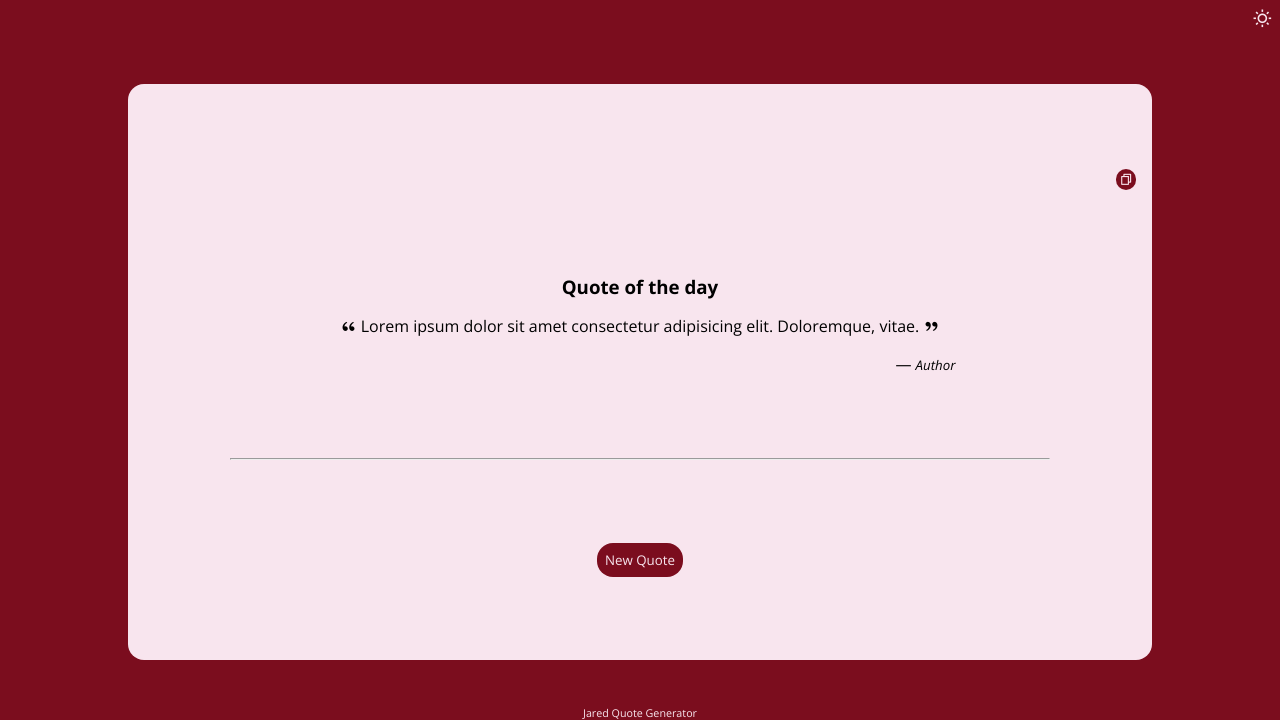
Repository: EguJaredoBoyd/Jared-Quote-Generator
Page: html/main.html
These files come from the project's save history. The page is drawn as it stood at one moment and after the next save; the edit follows.
The browser window is 1280 px wide. The pictures show the whole page.
Some web libraries are served in a nearby version.

Above is the page before, as saved 2026-01-12 00:44:14.

After the next save:
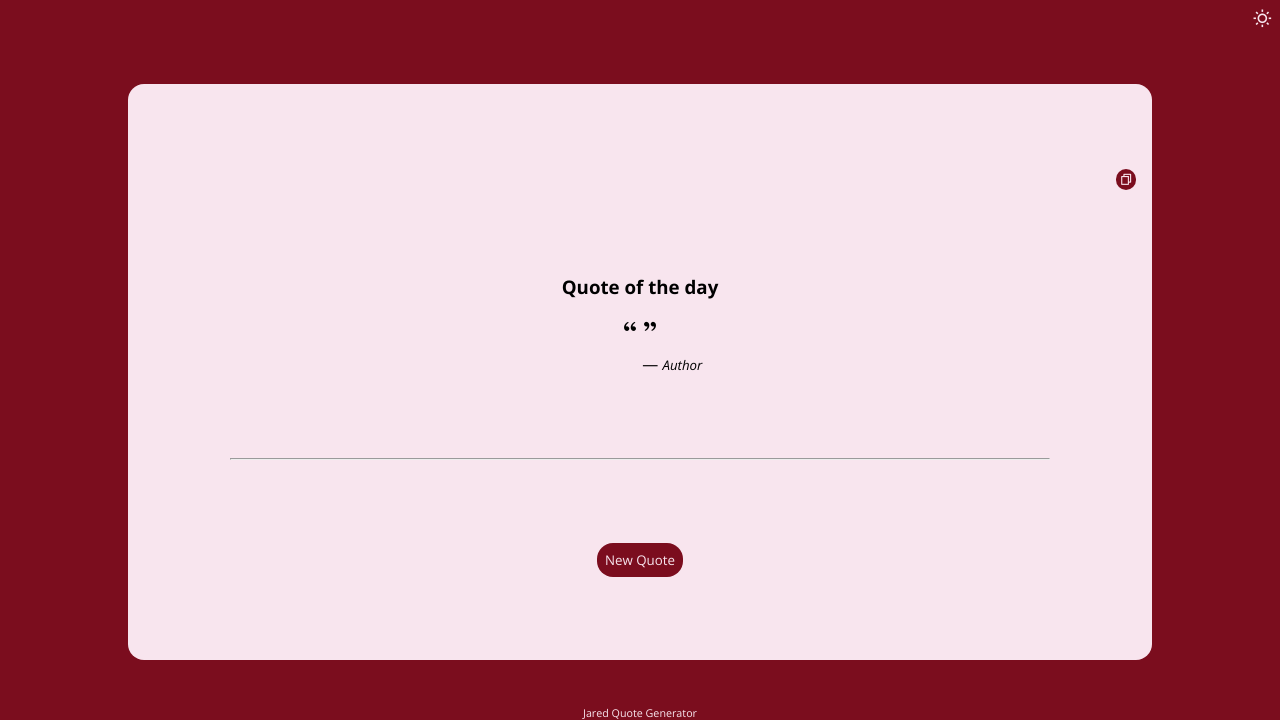
Saved 11 s later.
--- a/html/main.html
+++ b/html/main.html
@@ -35,8 +35,7 @@
           <div class="quote-container__quotes">
             <h3>Quote of the day</h3>
             <p id="quote-content" class="quote-content">
-              <span><i class="ri-double-quotes-l"></i></span> Lorem ipsum dolor
-              sit amet consectetur adipisicing elit. Doloremque, vitae.
+              <span><i class="ri-double-quotes-l"></i></span>
               <span><i class="ri-double-quotes-r"></i></span>
             </p>
             <div class="quote-container__author">

After the save that followed:
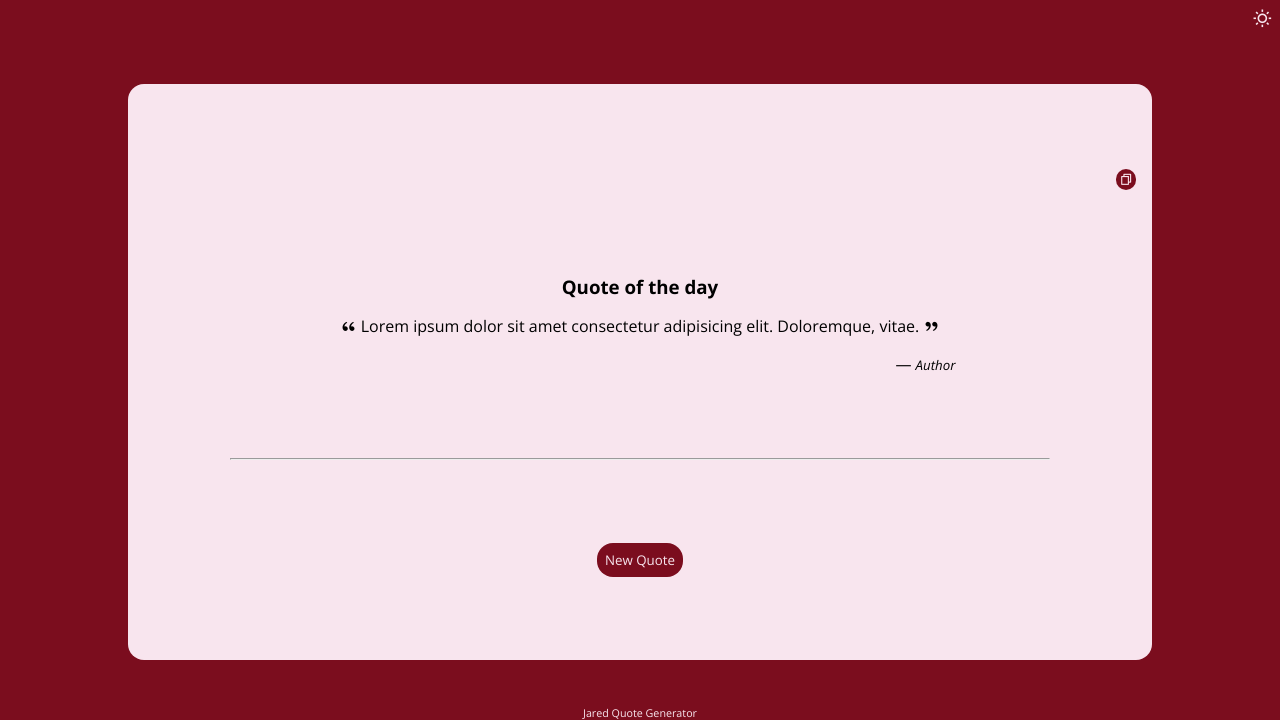
Saved 37 s later.
--- a/html/main.html
+++ b/html/main.html
@@ -35,7 +35,8 @@
           <div class="quote-container__quotes">
             <h3>Quote of the day</h3>
             <p id="quote-content" class="quote-content">
-              <span><i class="ri-double-quotes-l"></i></span>
+              <span><i class="ri-double-quotes-l"></i></span> Lorem ipsum dolor
+              sit amet consectetur adipisicing elit. Doloremque, vitae.
               <span><i class="ri-double-quotes-r"></i></span>
             </p>
             <div class="quote-container__author">
